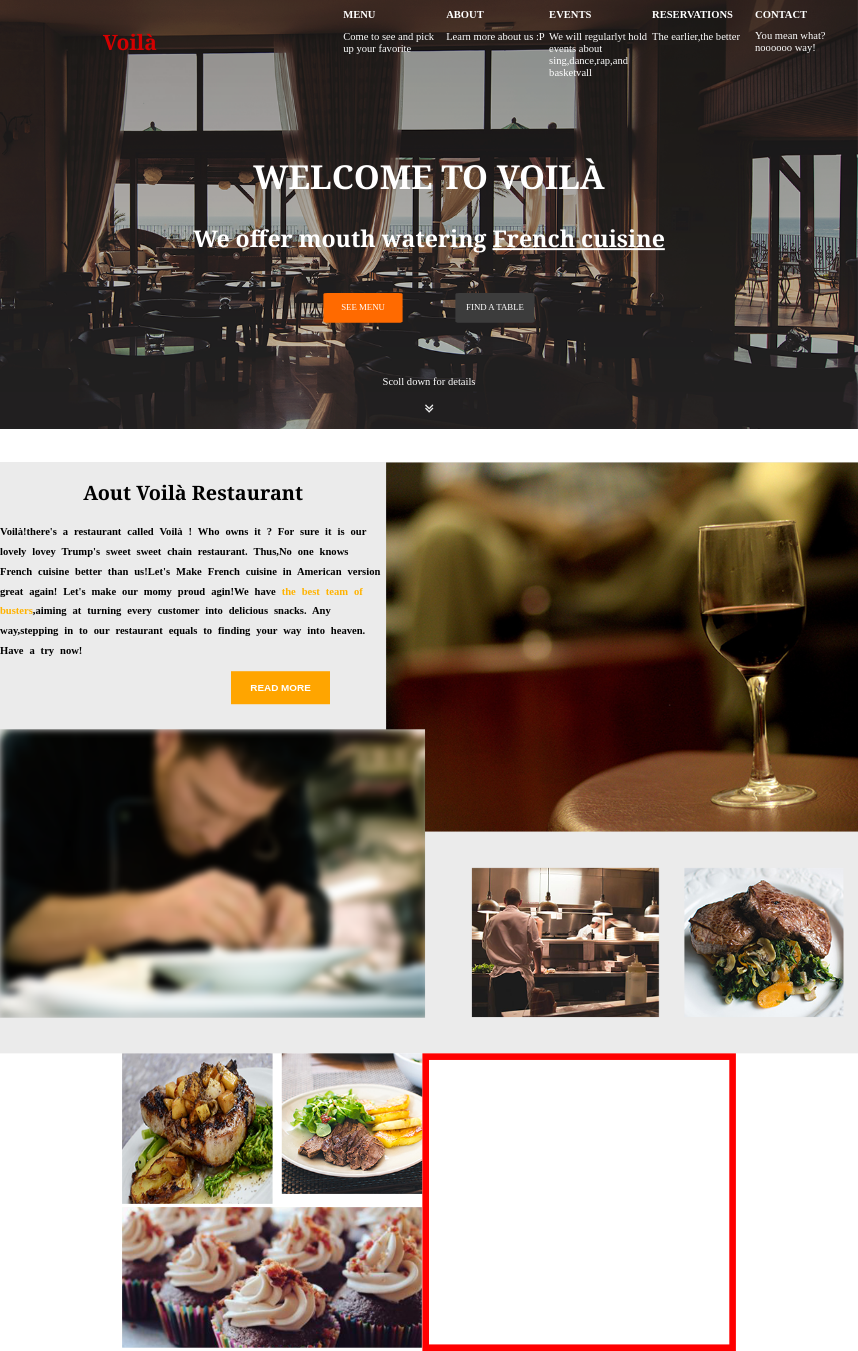
Repository: sis-shen/HTML_vsc
Page: adc_v2/index.html
These files come from the project's save history. The page is drawn as it stood at one moment and after the next save; the edit follows.
The browser window is 1280 px wide. The page is 1300 px wide, so the pictures cover 1300 px, including what lies to the right of the window. The pictures show the whole page, at 66% of full size.

Above is the page before, as saved 2023-08-17 09:12:56.

### adc_v2/index.html
<!DOCTYPE html>
<html lang="zh-CN">
<head>
    <meta charset="UTF-8">
    <meta name="viewport" content="width=device-width, initial-scale=1.0">
    <title>王八餐厅</title>
    <link rel="stylesheet" href="style.css">
    <link rel="shotcut icon" href="img/王者.png">
</head>
<body>
    <div class="top-box">
        <div class="nav">
            <div class="t-left"><h1>Voilà </h1></div>

            <div class="t-right">
                <div class="nav-box"><a href="menu.html" target="_blank"><h2>MENU</h2></a>
                    <p>Come to see and pick up your favorite</p></div>
                <div class="nav-box"> <a href="about.html" target="_blank"><h2>ABOUT</h2></a>
                    <p>Learn more about us :P</p></div>
                <div class="nav-box"><a href="events.html" target="_blank"><h2>EVENTS</h2></a>
                    <p>We will regularlyt hold events about sing,dance,rap,and basketvall</p></div>
                <div class="nav-box"> <a href="restaurants.html" target="_blank"><h2>RESERVATIONS</h2></a>
                    <p>The earlier,the better</p></div>
                <div class="nav-box"><a href="contact.html" target="_blank"><h2>CONTACT</h2></a>
                    You mean what?noooooo way!</div>
            </div>
        </div>

        <h1 id="wel">WELCOME TO VOILÀ</h1>
        <h3>We offer mouth watering <u>French cuisine</u></h3>

        <div class="button-box">
            <div class="b-left">
                <a href="menu.html" target="_blank"><button>SEE MENU</button></a>
            </div>
            <div class="b-right">
                <a href="table.index" target="_blank"><button>FIND A TABLE</button></a>
            </div>
        </div>

        <h4>Scoll down for details</h4>

        <div class="down-arrow">
            <img src="img/down-arrow-icon.png" alt="">

        </div>
    </div>

    <!-- =============================================== -->

    <div class="top2-box">
        <div class="up-box">
            <div class="up-left">
                <h2>Aout Voilà Restaurant</h2>
                <p>Voilà!there's a restaurant called Voilà ! Who owns it ? For sure it is our lovely lovey Trump's sweet sweet chain restaurant. Thus,No one knows French cuisine better than us!Let's Make French cuisine in American version great again! Let's make our momy proud agin!We have <a href="https://g.nga.cn/read.php?tid=22017775&rand=757" target="_blank"> the best team of busters</a>,aiming at turning every customer into delicious snacks. Any way,stepping in to our restaurant equals to finding your way into heaven. Have a try now!</p>

                <a href="about.index" target="_blank"><button>READ MORE</button></a>

            </div>

            <div class="up-right">
                <img src="img/glass of wine.png" alt="">
            </div>
        </div>
        <div class="down-box">
            <div class="down-left"><img src="img/Eric-McGregor-flickr.png" alt="eric"></div>
            <div class="down-right">
                <div class="left"><img src="img/Restaurant kitchen.png" alt=""></div>
                <div class="right"><img src="img/foodiesfeed.com_excelent-beef-steak-vegetables.png" alt=""> </div>
            </div>

        </div>
    </div>

    <!-- =========================================== -->

    <div class="cuisine-box">
        <div class="left-dish-box">
            <div class="uper">
                <div class="left"><img src="img/Steak and vegetables - Foodies Feed.png" alt="" ></div>
                <div class="right"> <img src="img/Beef-steak-pineapple-salad Foodies Feed.png" alt=""  class="right-img"></div>

            </div>

            <div class="clear-fix"></div>

            <div class="downer">
                <img src="img/Cup cakes.png" alt="">
            </div>
        </div>

        <div class="right-p"></div>


    </div>



</body>
</html>

### adc_v2/style.css

body {
    box-sizing: border-box;
    font-family:Georgia, 'Times New Roman', Times, serif;

    width: 1300px;

    margin: 0 auto;

}

.clear-fix{
    clear: both;
}

/* =======top-box===== */

.top-box{
    margin:auto;

    width: 1300px;
    height: 650px;
    background-image: url("img/top.png");
    background-repeat: no-repeat;

    /* border: red solid 10px; */

}

.nav {
    width: 100%;
    height: 200px;
    /* background-color: rgba(0, 255, 255, 0.207); */
    display: flex;
}

.t-left{
    height:100%;
    width: 40%;
    /* background-color: rgba(255, 0, 0, 0.236); */
}

.t-right{
    display: flex;
    height: 100%;
    width:60%;
    font-family: 微软雅黑;
}

.nav-box{
    width: 20%;
    height: 100%;
    /* background-color: rgba(255, 255, 0, 0.149); */
    color: #fff;
}

.nav-box a{
    text-decoration: none;
    color: #fff;
}

.top-box h2{
    font-size:medium
}

.t-left h1{
    color:rgb(212, 0, 0);
    position: relative;
    left:30%;
    top:20px;
}

#wel{
    text-align: center;
    color: #fff;

    font-size: 50px;
}

.top-box h3{
    text-align: center;
    color: #fff;
    font-size: 35px;
}

.button-box{
    display: flex;
    align-items: center;
    justify-content: center;
    margin-top: 60px;
}

.button-box button{
    width: 120px;
    height: 45px;
    margin-inline: 40px;
    font-family: 微软雅黑;
    color: #fff;
}

.b-left button{
    background-color: rgb(255, 106, 0);
    border: 0;
    border-radius: 5%;
}

.b-left button:hover{
    background-color: rgb(205, 85, 0);

}

.b-right button{
    background-color: rgb(60, 60, 60);
    border: 0;
    border-radius: 5%;

}

.b-right button:hover{
    background-color: rgb(35, 35, 35);

}

.top-box h4{
    text-align: center;
    color: #fff;
    font-family: 微软雅黑;
    font-weight:normal;
    margin-top: 80px;
}


.down-arrow {
    text-align: center;
}



/* ===========top2-box============== */

.top2-box{
    background-color: #ebebeb;
    padding-bottom: 50px;
}

.top2-box .up-box
{

    margin-top: 50px;
    display: flex;

    /* border: red solid 10px; */
}

.top2-box .up-left{
    width: 45%;
    min-height: 200px;

    /* border: red solid 10px; */

}

.top2-box .up-right{
    width: 55%;
    min-height: 200px;
}

.up-right img{
    width: 100%;
}

.up-left h2{
    text-align: center;
    font-size: 30px;
}

.up-left p{
    line-height: 30px;
    word-spacing: 5px;
    font-family: 微软雅黑;
    font-weight: bold;
}

.up-left p a {
    text-decoration: none;
    color: rgb(255, 179, 0);
}

.up-left p a:hover{
    color: rgb(193, 135, 0);

}

.up-left button{
    background-color:orange;
    height: 50px;
    width:150px;
    color: #fff;
    font-size: 15px;
    font-weight: bold;
    border: 0;
    margin-left: 350px;
}

.up-left button:hover{
    background-color:rgb(213, 139, 0);

}

.down-box{
    display: flex;
}



.down-right{
    margin-top: 50px;
    width: 45%;
    /* border: red solid 10px; */
    display: flex;

}

.down-right .left{
    width: 45%;
    /* margin-left:5%; */
    margin-right: 10%;
    /* border: red solid 10px; */

}

.down-right .right{
    width: 45%;
    /* border: red solid 10px; */

}

.down-left{
    width: 55%;
    max-height: 250px;
}

.down-left img{
    width: 90%;
    position: relative;
    top:-10em
}

.cuisine-box {
    width: 100%;

    display: flex;
    justify-content: center;

    .left-dish-box{
        width: 455px;
        /* border: red solid 10px; */


        .uper{
            margin: 0;

            .left{
                width: 50%;
                float: left;
                img{
                    width: 100%;
                }
            }

            .right{
                width: 50%;
                float: right;
                object-fit: cover;
                .right-img{
                    float: right;
                }
            }
        }

        .downer{

        }

    }

    .right-p{
        width: 455px;
        border: red solid 10px;

    }
}

After the next save:
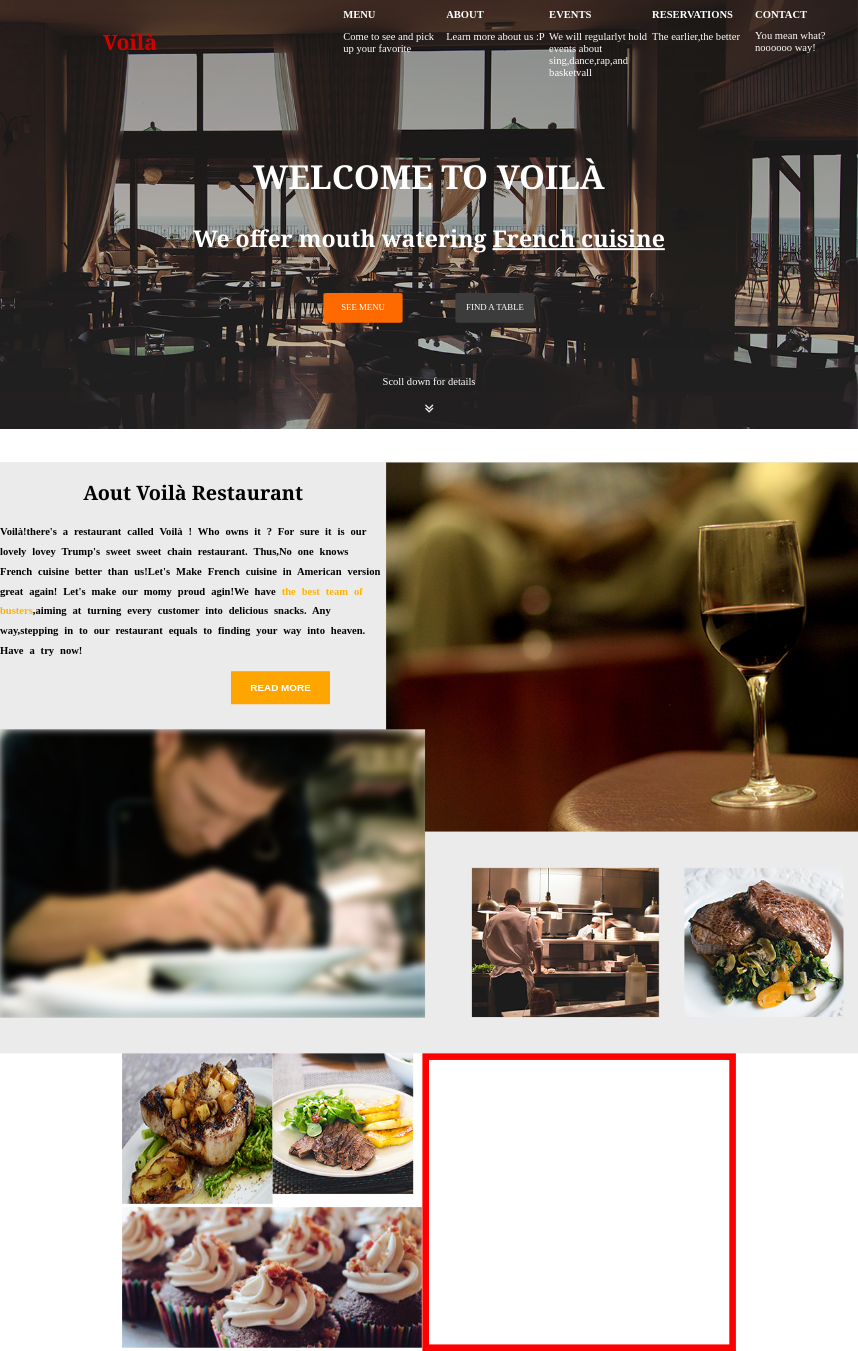
Saved 18 s later.
--- a/adc_v2/style.css
+++ b/adc_v2/style.css
@@ -271,10 +271,7 @@ body {
             .right{
                 width: 50%;
                 float: right;
-                object-fit: cover;
-                .right-img{
-                    float: right;
-                }
+                justify-content: end;
             }
         }
 
